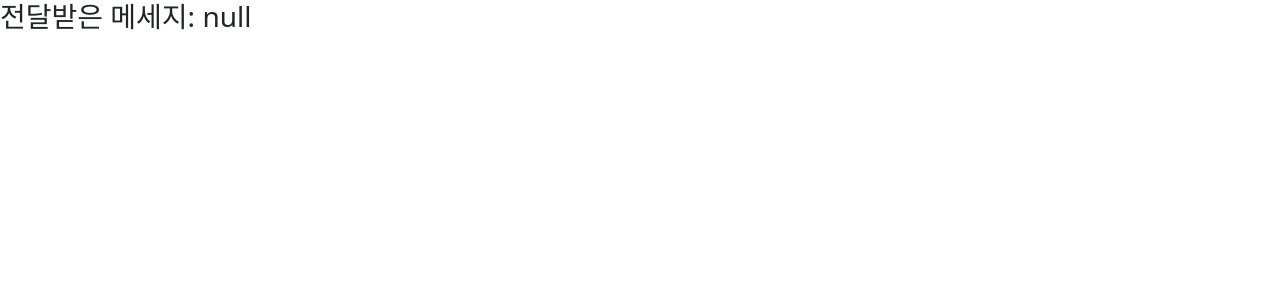
Repository: GANADAG/jspProject
Page: http://localhost/JspProject/day0228/oneInclude_07.jsp
The author's editor kept a copy of each file at every save. The page is drawn from the files as they stood at one save, then again after the next save.
The browser window is 1280 px wide. The pictures show the whole page.
Some web fonts or font styles are not loaded; a fallback is used. The page is served by Tomcat 9.

Above is the page before, as saved 2024-02-28 03:24:43.

After the next save:
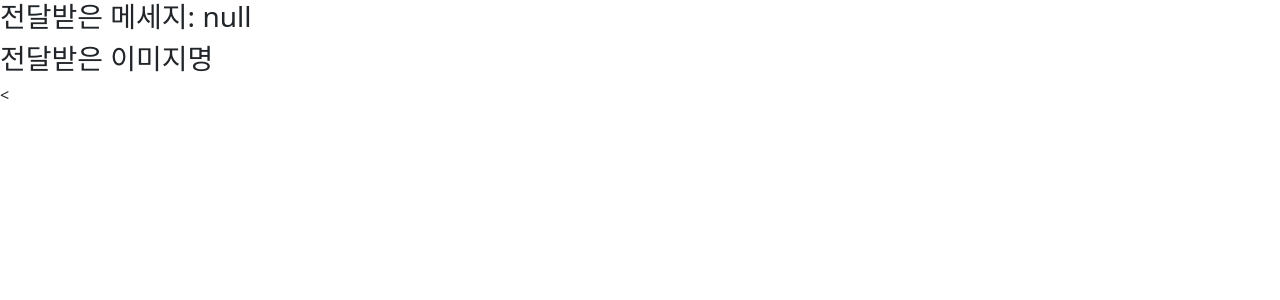
Saved 21 s later.
--- a/JspProject/src/main/webapp/day0228/oneInclude_07.jsp
+++ b/JspProject/src/main/webapp/day0228/oneInclude_07.jsp
@@ -17,5 +17,7 @@
 		%>
 
 		<h3>전달받은 메세지: <%=msg %></h3>
+		<h3>전달받은 이미지명</h3>
+		<
 </body>
 </html>
